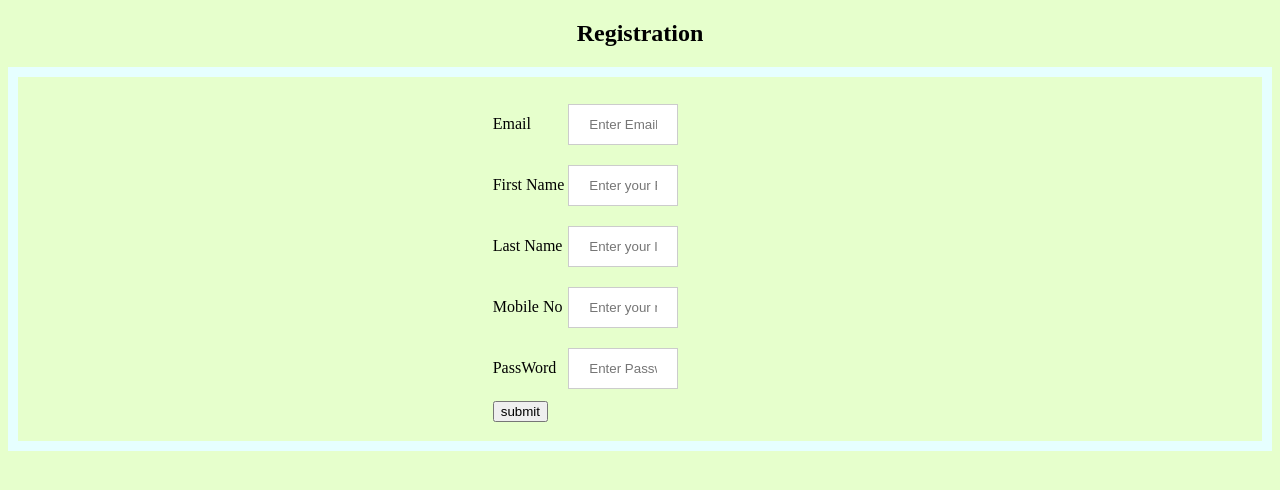
Repository: jagdishpatil18/JavaAdv
Page: Login_App/WebContent/signup.html
These files come from the project's save history. The page is drawn as it stood at one moment and after the next save; the edit follows.
The browser window is 1280 px wide. The pictures show the whole page.

Above is the page before, as saved 2017-04-28 06:20:56.

### Login_App/WebContent/signup.html
<!DOCTYPE html>
<html>
<head>
<meta charset="UTF-8">
<title>SignUp</title>
<center>
	<h2>Registration</h2>
</center>
</head>
<style>
form {
	border: 10px solid #e6ffff;
}

input[type=text], input[type=password] {
	width: 50%;
	padding: 12px 20px;
	margin: 8px 0;
	display: inline-block;
	border: 1px solid #ccc;
	box-sizing: border-box;
}

.container {
	padding: 16px;
}
</style>

<body bgcolor="#e6ffcc">
	<form action="SignupServlet" method="post">
		<div class="container" style="background-color: #e6ffcc">
			<center>
			<table>
			 <tr>
			   <td> Email </td>
			   <td><input type="text" placeholder="Enter Email ID" name="EmailId"></td>
			   </tr>
			  <tr>
			   <td>First Name </td>
			   <td><input type="text" placeholder="Enter your First name" name="firstname"></td>
			  </tr>
			<tr>
			<td>Last Name</td>
			<td> <input type="text" placeholder="Enter your last name" name="lastname"></td>
			</tr>
			<tr>
			<td>Mobile No</td>
			<td> <input type="text" placeholder="Enter your mobile number" name="mobileno""></td>
			</tr>
			<tr>
				<td>PassWord</td>
				<td><input type="password" placeholder="Enter Password" name="password"></td>
			</tr>
			<tr><td><input type="submit" value="submit"></td></tr>
		</table>	</center>
		</div>
	</form>
</body>
</html>

After the next save:
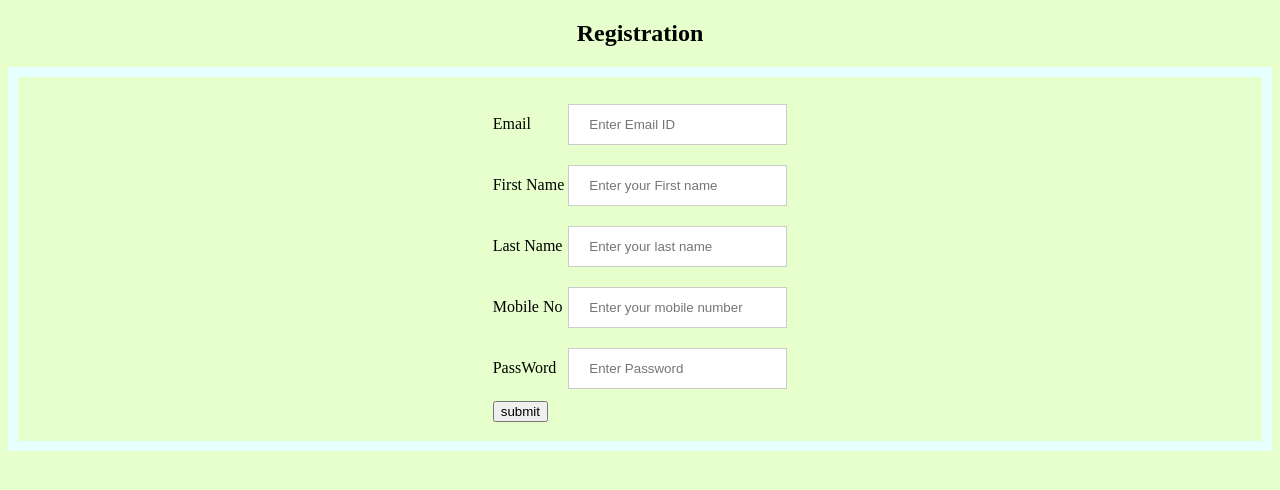
Saved 65 s later.
--- a/Login_App/WebContent/signup.html
+++ b/Login_App/WebContent/signup.html
@@ -13,7 +13,7 @@ form {
 }
 
 input[type=text], input[type=password] {
-	width: 50%;
+	width: 100%;
 	padding: 12px 20px;
 	margin: 8px 0;
 	display: inline-block;
